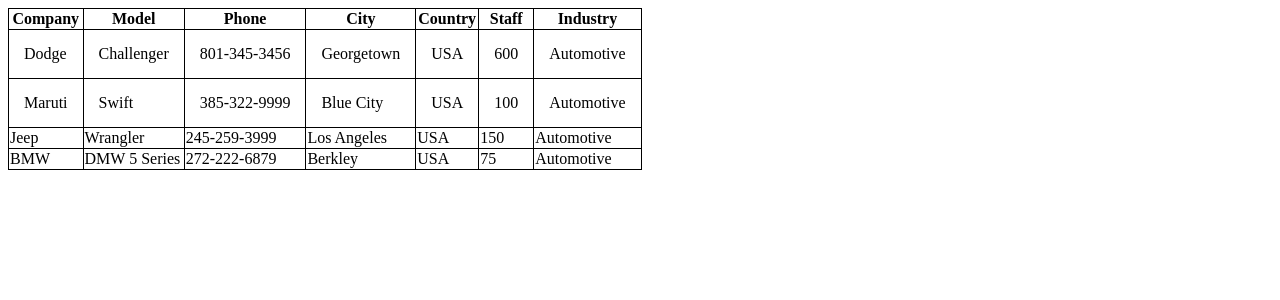
Repository: vgoins-RA2022/HTML-2
Page: index.html
An editor plug-in stored every save of this project. The page is shown before and after the next save, followed by the edit.
The browser window is 1280 px wide. The pictures show the whole page.

Above is the page before, as saved 2023-01-21 22:30:02.

After the next save:
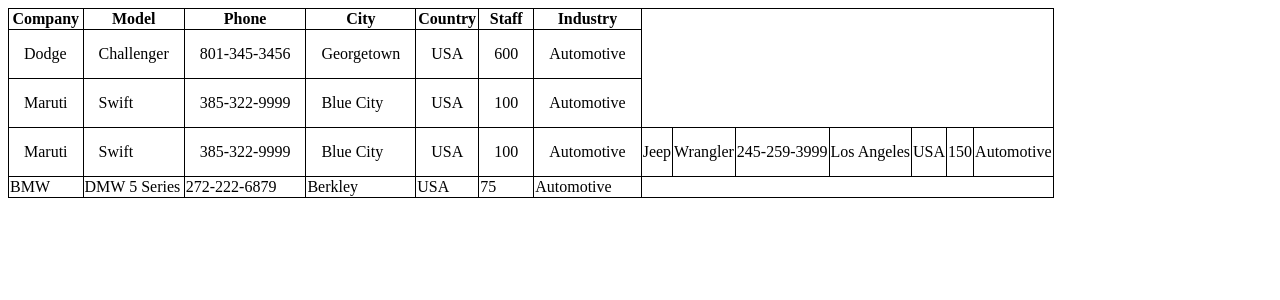
Saved 26 s later.
--- a/index.html
+++ b/index.html
@@ -45,6 +45,13 @@
 
       </tr>
       <tr>
+        <td class="table-cell-padding">Maruti</td>
+        <td class="table-cell-padding">Swift</td>
+        <td class="table-cell-padding">385-322-9999</td>
+        <td class="table-cell-padding">Blue City</td>
+        <td class="table-cell-padding">USA</td>
+        <td class="table-cell-padding">100</td>
+        <td class="table-cell-padding">Automotive</td>
         <td>Jeep</td>
         <td>Wrangler</td>
         <td>245-259-3999</td>
